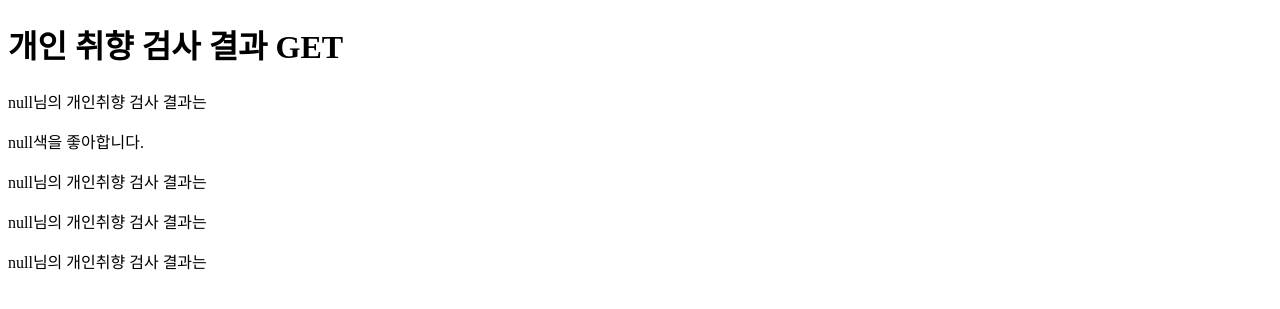
Repository: kianpas/KH_Server
Page: http://localhost/01_helloweb/testPerson1.do
An editor plug-in stored every save of this project. The page is shown before and after the next save, followed by the edit.
The browser window is 1280 px wide. The pictures show the whole page.
The page is served by Tomcat 9.

Above is the page before, as saved 2021-03-22 11:24:16.

After the next save:
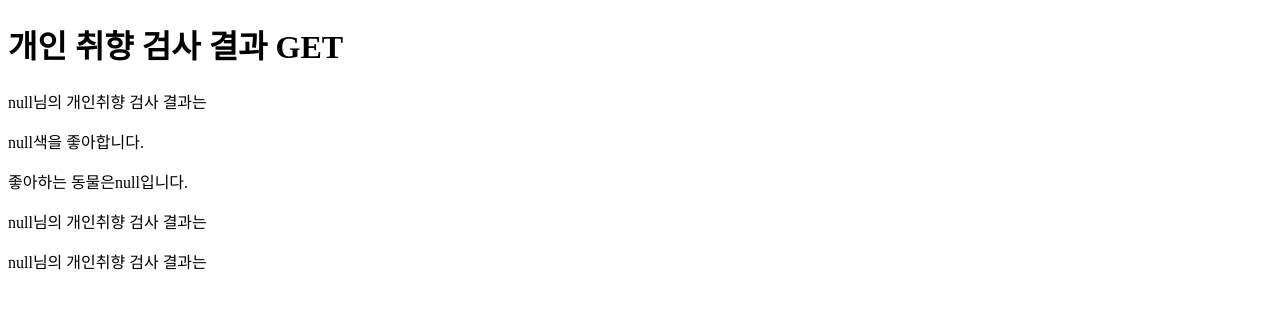
Saved 22 s later.
--- a/01_helloweb/src/com/kh/web/servlet/TestPerson1Servlet.java
+++ b/01_helloweb/src/com/kh/web/servlet/TestPerson1Servlet.java
@@ -76,7 +76,7 @@ public class TestPerson1Servlet extends HttpServlet{
 			out.println("<h1>개인 취향 검사 결과 GET</h1>");
 			out.println("<p>"+ name + "님의 개인취향 검사 결과는 " + "</p>");
 			out.println("<p>"+ color + "색을 좋아합니다." + "</p>");
-			out.println("<p>"+ name + "님의 개인취향 검사 결과는 " + "</p>");
+			out.println("<p>좋아하는 동물은"+ animal + "입니다.</p>");
 			out.println("<p>"+ name + "님의 개인취향 검사 결과는 " + "</p>");
 			out.println("<p>"+ name + "님의 개인취향 검사 결과는 " + "</p>");
 
